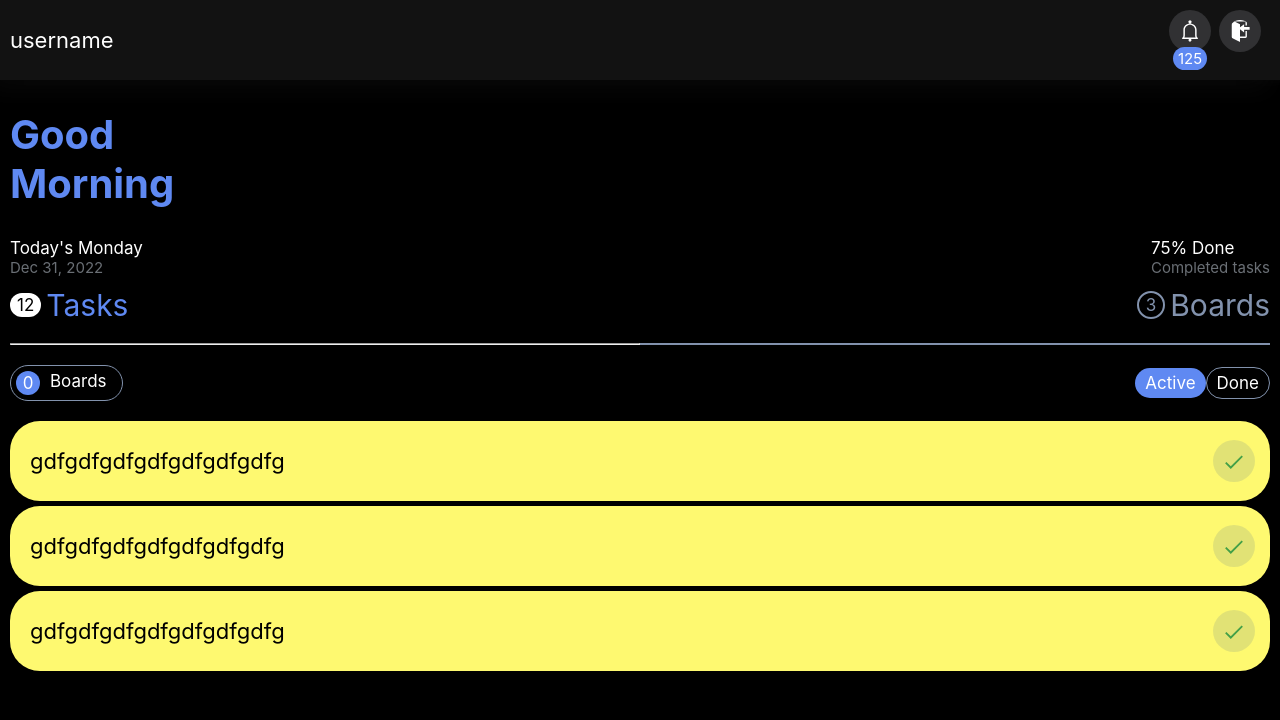
Repository: ShindanoSingi/todo-app
Page: /
An editor plug-in stored every save of this project. The page is shown before and after the next save, followed by the edit.
The browser window is 1280 px wide. The pictures show the whole page.
The project was rebuilt for these pictures with package versions that can differ from the ones it lists, and the page was loaded fresh each time. Also part of the build but not shown: src/pages/LandingPage.js.

Above is the page before, as saved 2023-01-01 19:26:40.

After the next save:
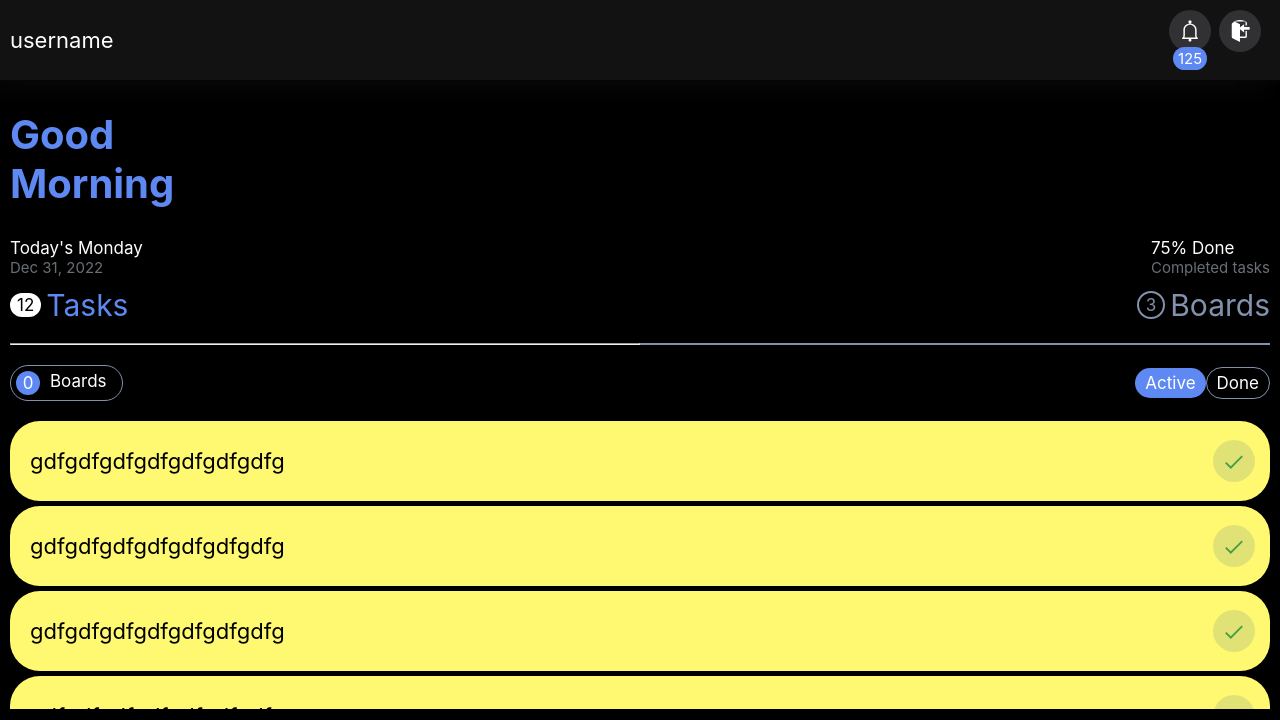
Saved 38 s later.
--- a/src/index.css
+++ b/src/index.css
@@ -257,7 +257,7 @@ h2 {
   display: flex;
   flex-direction: column;
   gap: 5px;
-  max-height: 250px;
+  max-height: 40vh;
   overflow-y: scroll;
 }
 
